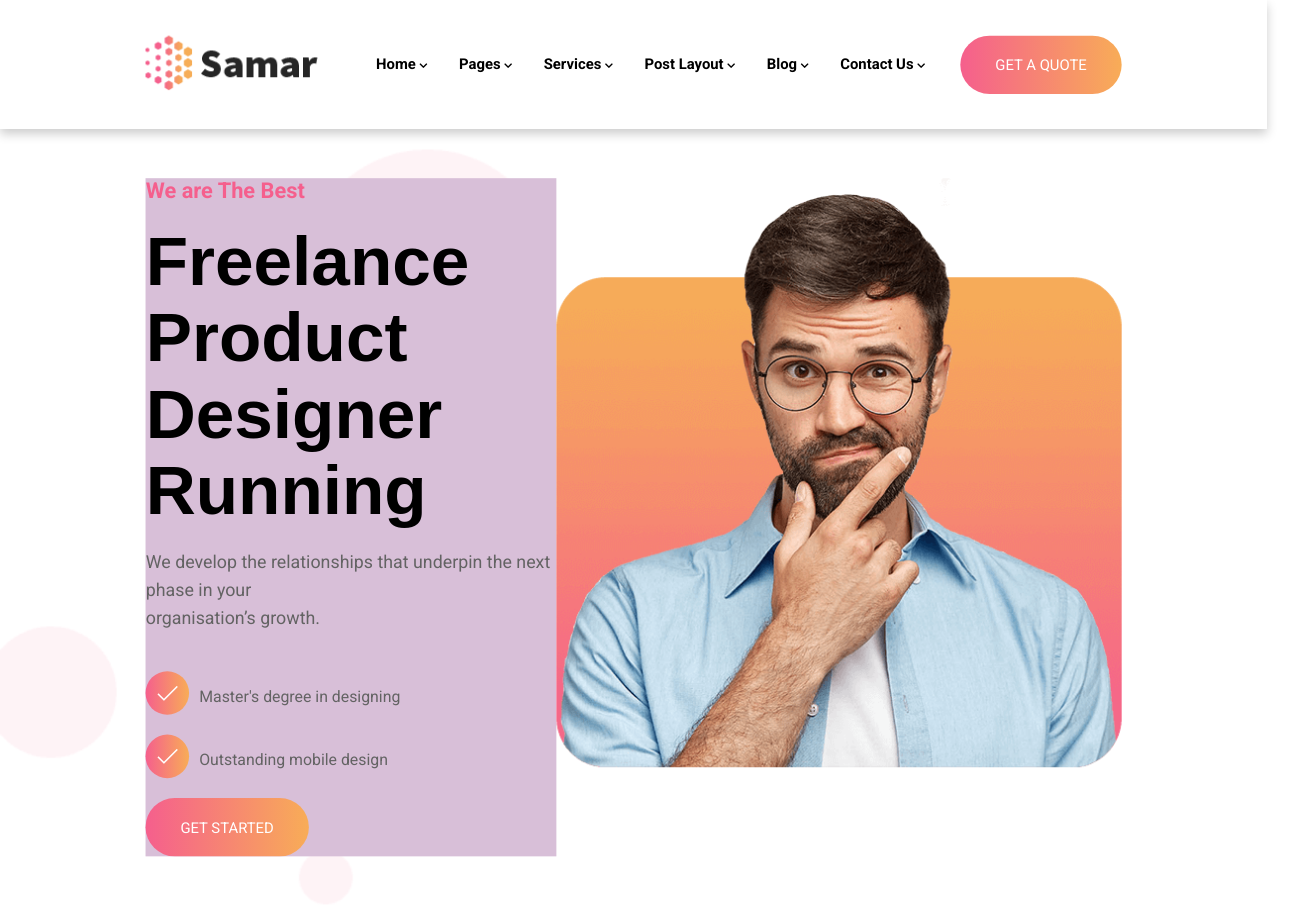
Repository: leequanganh/sammar
Page: html/index.html
These files come from the project's save history. The page is drawn as it stood at one moment and after a run of saves; the edit follows.
The browser window is 1280 px wide. The page is 1280 px wide, then 1329 px, so the pictures cover 1329 px, including what lies to the right of the window. The pictures show the whole page, at 99% of full size.

Above is the page before, as saved 2021-12-09 15:17:58.

After the next 4 saves:
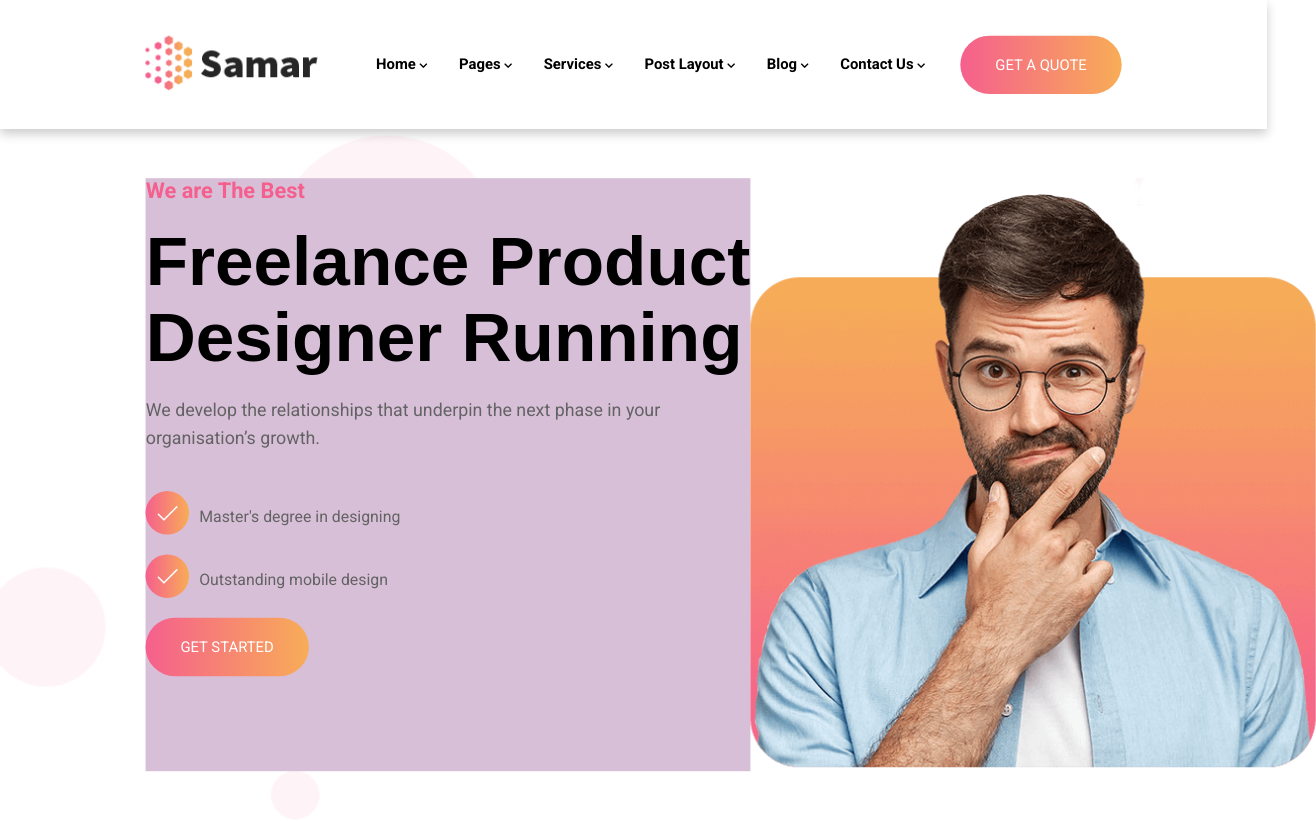
The 4 saves are shown as one change because they came seconds apart.
The last was saved 12 min 6 s later.
--- a/css/index.css
+++ b/css/index.css
@@ -161,7 +161,7 @@ span{
 }
 
 .banner_img{
-    /* width: 40%; */
+    width: 30%;
 }
 
 .banner_img{
